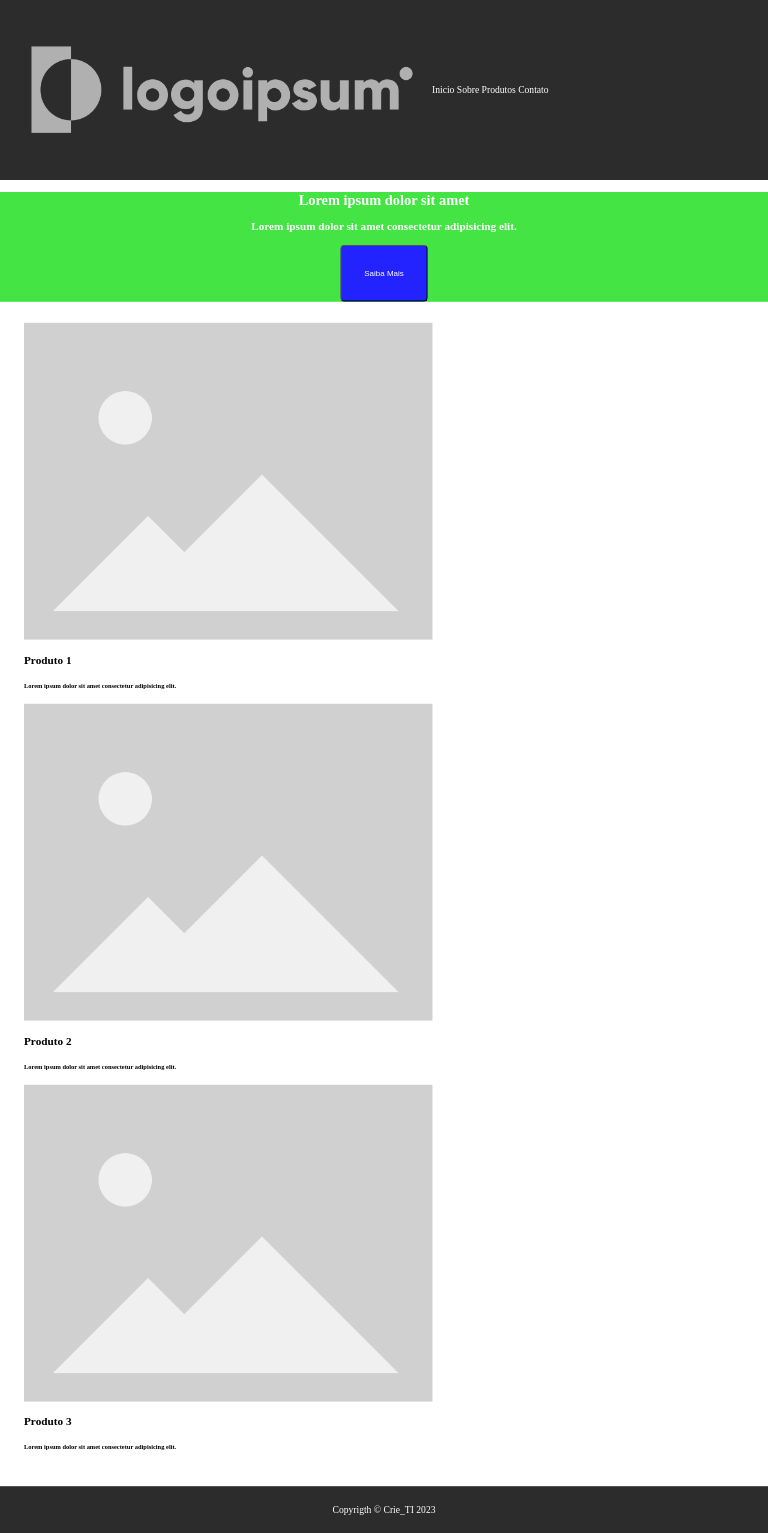
Repository: robsonwssantos/Projeto_Olaria
Page: Exercicios/ex.01/index.html
The author's editor kept a copy of each file at every save. The page is drawn from the files as they stood at one save, then again after the next save.
The browser window is 1280 px wide. The pictures show the whole page, at 60% of full size.

Above is the page before, as saved 2023-04-21 11:02:16.

After the next save:
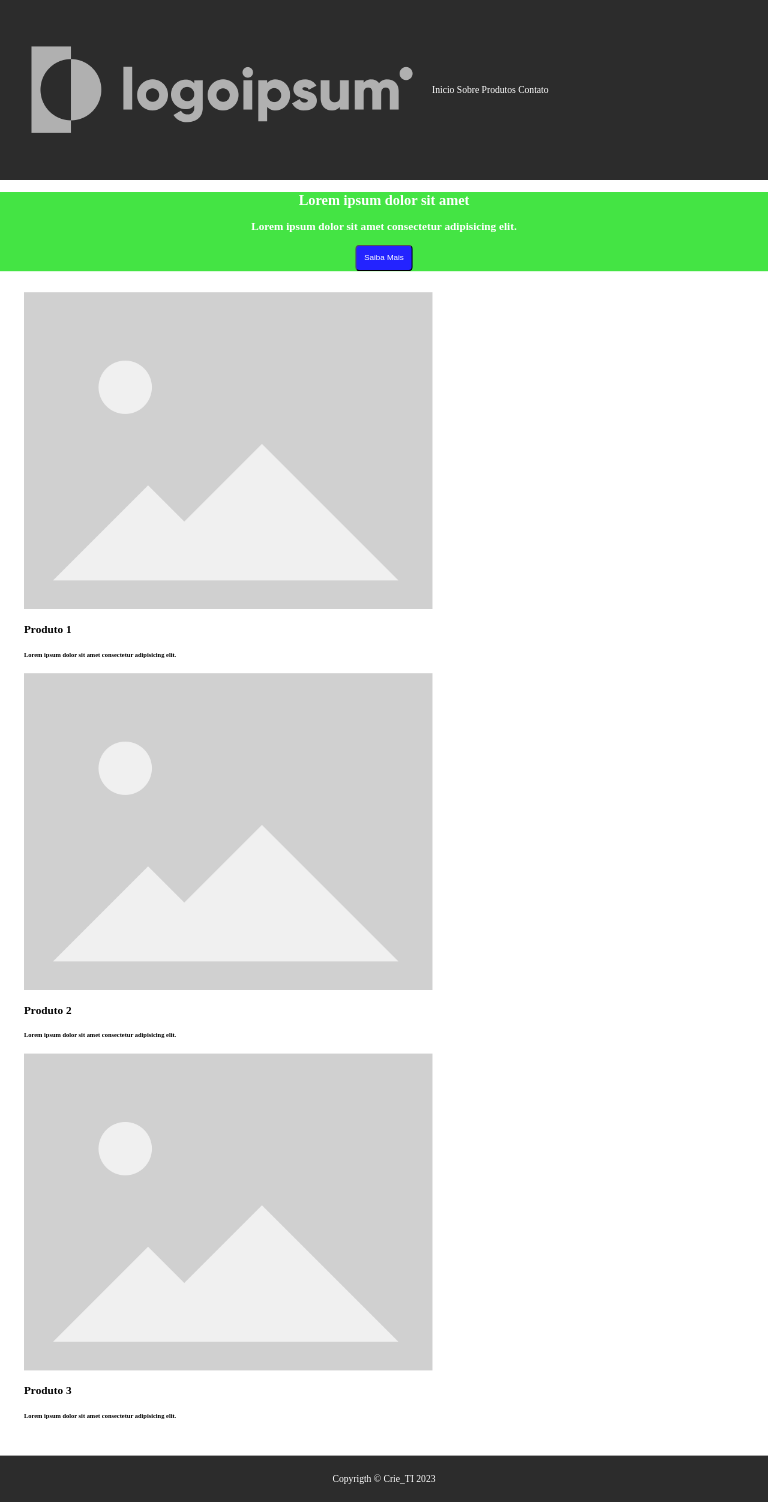
Saved 8 s later.
--- a/Exercicios/ex.01/index.html
+++ b/Exercicios/ex.01/index.html
@@ -26,7 +26,7 @@
             color: #fff;
             background-color: rgb(35, 35, 255);
             border-radius: 7px;
-            padding: 3%;
+            padding: 1%;
         }
 
 
